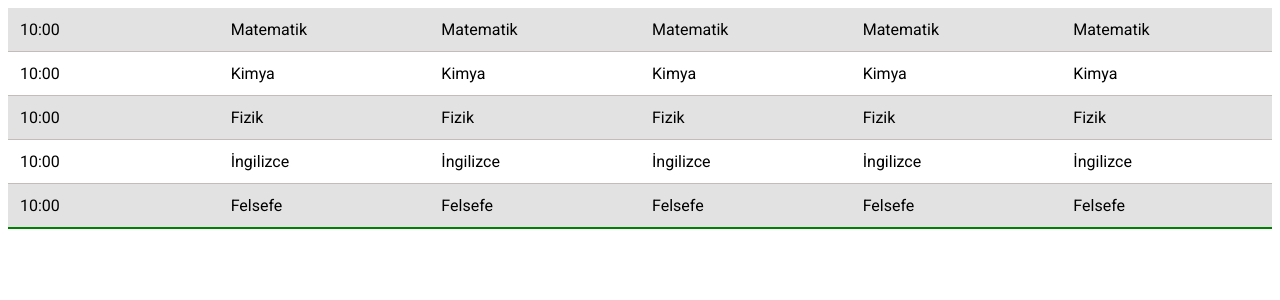
Repository: ahmetbugraozcan/css-ders-programi
Page: deneme.html
An editor plug-in stored every save of this project. The page is shown before and after the next save, followed by the edit.
The browser window is 1280 px wide. The pictures show the whole page.

Above is the page before, as saved 2021-07-10 10:10:46.

After the next save:
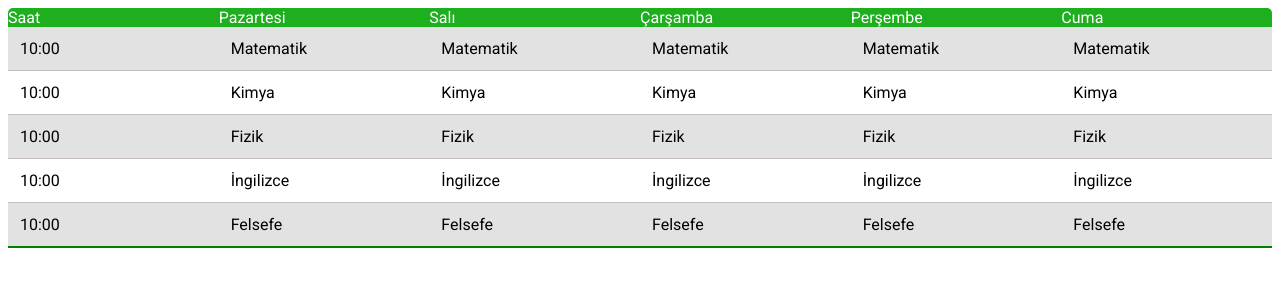
Saved 17 s later.
--- a/deneme.html
+++ b/deneme.html
@@ -58,9 +58,14 @@
 
 <body>
 
-
-
-
+    <header>
+        <div class="col">Saat</div>
+        <div class="col">Pazartesi</div>
+        <div class="col">Salı</div>
+        <div class="col">Çarşamba</div>
+        <div class="col">Perşembe</div>
+        <div class="col">Cuma</div>
+    </header>
     <div class="row">
         <div class="col">
             <div>10:00</div>
